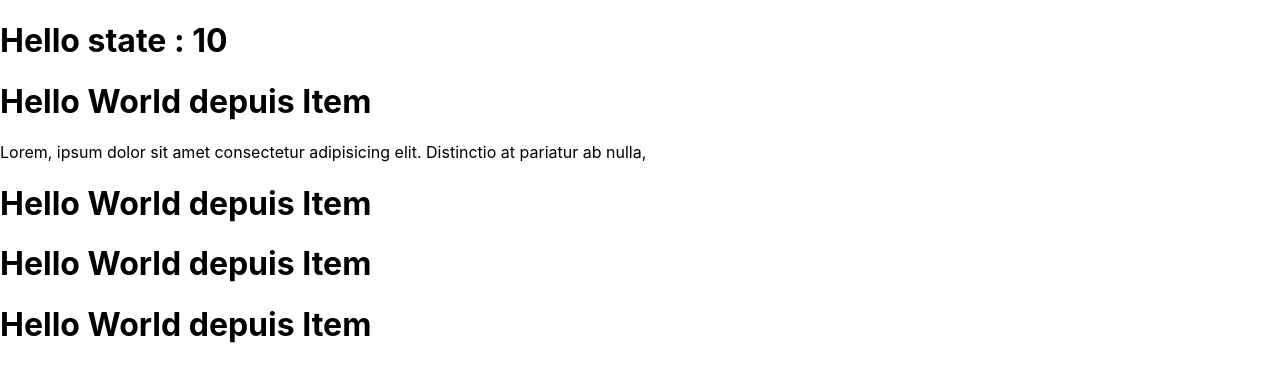
Repository: Michelhof1978/react
Page: / (app in application-react/)
These files come from the project's save history. The page is drawn as it stood at one moment and after a run of saves; the edit follows.
The browser window is 1280 px wide. The pictures show the whole page.
The project was rebuilt for these pictures with package versions that can differ from the ones it lists, and the page was loaded fresh each time.

Above is the page before, as saved 2023-05-14 09:19:13.

### application-react/src/index.js
//Ce fichier sert à retourner notre application dans la div root de index.html

import React from 'react';
import ReactDOM from 'react-dom/client';
import './index.css';
import App from './App';
import reportWebVitals from './reportWebVitals';

const root = ReactDOM.createRoot(document.getElementById('root'));
root.render(
  <React.StrictMode>
    <App />
  </React.StrictMode>
);


reportWebVitals();

### application-react/src/App.js
//COMPOSANT
//Le state sont les données des composants
//Pas besoins d importer React seul, on import uniquement les méthode utilisés comme useSatte par exemple
import Item from './Item'
import {useState} from 'react'//On importe useState de la librairie react pour pourvoir stocker et utiliser  des données

function App() {//Cette fonction est un composant

  // console.log(useState());
// --------------------
  const [monState, setMonState] = useState(10);//setMonState , c'est ce qui est retourné de useState dont la valeur de 10/ On appelle cela du destructuring, ici on crée une constante entre crochets à partir de ce que retourne useState en tableau monState à l index 0 et setMonState à l'index 1, à noter que les 2 index du tableau, on peut les nommer comme on veut, juste mettre set pour indiquer un changement ou une mise en place
    // console.log(monState);
    //Si on mets entre la parenthèses monState, il retournera 10 mais si on mets setMonState, il retournera une fonction
    // Ce code utilise React pour créer une variable d'état (state) appelée "monState" avec une valeur initiale de 10.
    //  La fonction `useState` est une fonction de crochet (hook) fournie par React qui permet de gérer l'état dans
    //  les composants fonctionnels. Lorsque vous appelez `useState(10)`, la fonction `useState` retourne un tableau
    //  avec deux éléments. Le premier élément, "monState", est la variable qui représente l'état et qui contient la
    //   valeur actuelle. Le deuxième élément, "setMonState", est une fonction qui permet de mettre à jour la valeur
    //   de l'état.En utilisant la syntaxe de décomposition (destructuring) de JavaScript, la première ligne extrait
    //    les deux éléments du tableau retourné par `useState` et les assigne aux variables correspondantes.
    // Ensuite, la ligne suivante affiche la fonction `setMonState` dans la console. Cette fonction est utilisée pour
    // modifier la valeur de "monState" ultérieurement.En résumé, ce code initialise une variable d'état "monState"
    //  avec une valeur de départ de 10 et extrait la fonction "setMonState" qui permet de mettre à jour cette valeur.
    //   La ligne suivante affiche cette fonction dans la console.
// ----------------------
    const modifyState = () => {  //On crée la fonction pour l'événement oneClick du bouton ci dessous
      setMonState(20);//Permet de modifier le contenu, en modifiant la valeur à 20 au lieu de 10
    }//Le composant va se mettre à jour lors du clic et passera de 10 à 20

    return (
     <div className="App">  {/* Ce n est pas du html mais du jsx, ici on ne mets pas class mais className pour du jsx*/}
      <h1>Hello state : {monState} </h1> {/*on affiche les données du state ds le conposant App*/}
      {/* <button onClick={modifyState}>Change state</button> On ajoute un événement au bouton, par contre en jsx, on rajoute on suivi de la majuscule, entre les accolades, on attents une fonction ici modifyState */}

     <Item func ={modifyState} />

     <p>Lorem, ipsum dolor sit amet consectetur adipisicing elit. Distinctio at pariatur ab nulla, </p>

      <Item txt={"Hello word depuis Item"} />  {/*On récupére le composant Item de Item.js */}
      <Item number={monState} />{/*On peut nommer les Items comme on veut*/}
      <Item txt={"Hello word Italie"} />{/*On peut afficher plusieurs messages avec le même composant*/}

    </div>
  );

  //AUTRE FACON DE FAIRE LE CODE CI DESSUS MAIS BEAUCOUP MOINS COMPREHENSIBLE CE N EST PAS DU JSX MAIS DU JS
  // return React.createElement(
  //   'div',
  //   {className: 'App'},
  //   React.createElement('h1', null,
  //   'Hello')
  // )
}

export default App;

### application-react/src/Item.js
//Creation d un composant, lors de la création du fichier, on mets une majuscule au debut du nom de fichier par convention
function Item(){
    return <h1>Hello World depuis Item</h1>//Pas besoins de mettre des paranthèses pour return quand il y a qu'un seul élément

}

export default Item; //Toujours exporter le composant et on va par la suite l importer ds App.js

Loaded but not shown: application-react/public/index.html (common file); application-react/src/index.css (common file); application-react/src/reportWebVitals.js (common file)

After the next 3 saves:
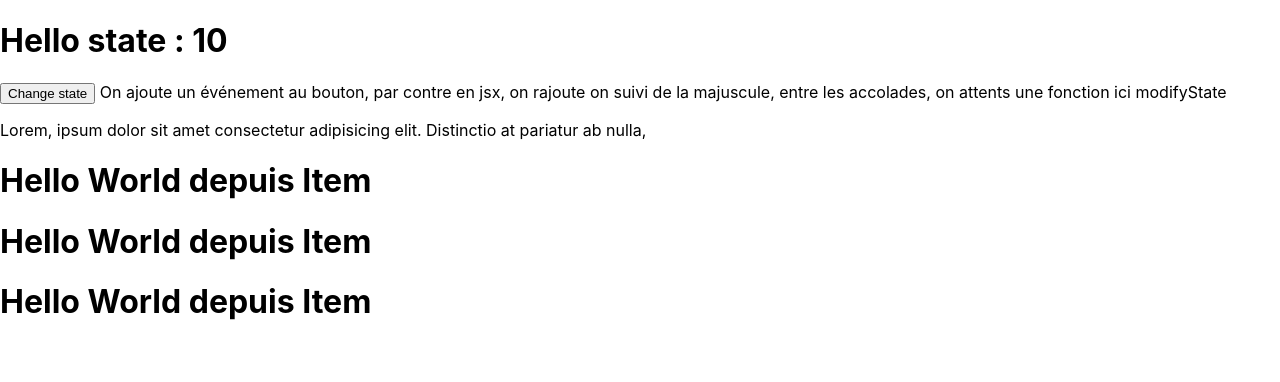
The 3 saves are shown as one change because 1 did not build or start and some came seconds apart.
The last was saved 4 min 43 s later.
--- a/application-react/src/App.js
+++ b/application-react/src/App.js
@@ -30,9 +30,7 @@ function App() {//Cette fonction est un composant
     return (
      <div className="App">  {/* Ce n est pas du html mais du jsx, ici on ne mets pas class mais className pour du jsx*/}
       <h1>Hello state : {monState} </h1> {/*on affiche les données du state ds le conposant App*/}
-      {/* <button onClick={modifyState}>Change state</button> On ajoute un événement au bouton, par contre en jsx, on rajoute on suivi de la majuscule, entre les accolades, on attents une fonction ici modifyState */}
-
-     <Item func ={modifyState} />
+      <button onClick={modifyState}>Change state</button> On ajoute un événement au bouton, par contre en jsx, on rajoute on suivi de la majuscule, entre les accolades, on attents une fonction ici modifyState
 
      <p>Lorem, ipsum dolor sit amet consectetur adipisicing elit. Distinctio at pariatur ab nulla, </p>
 
